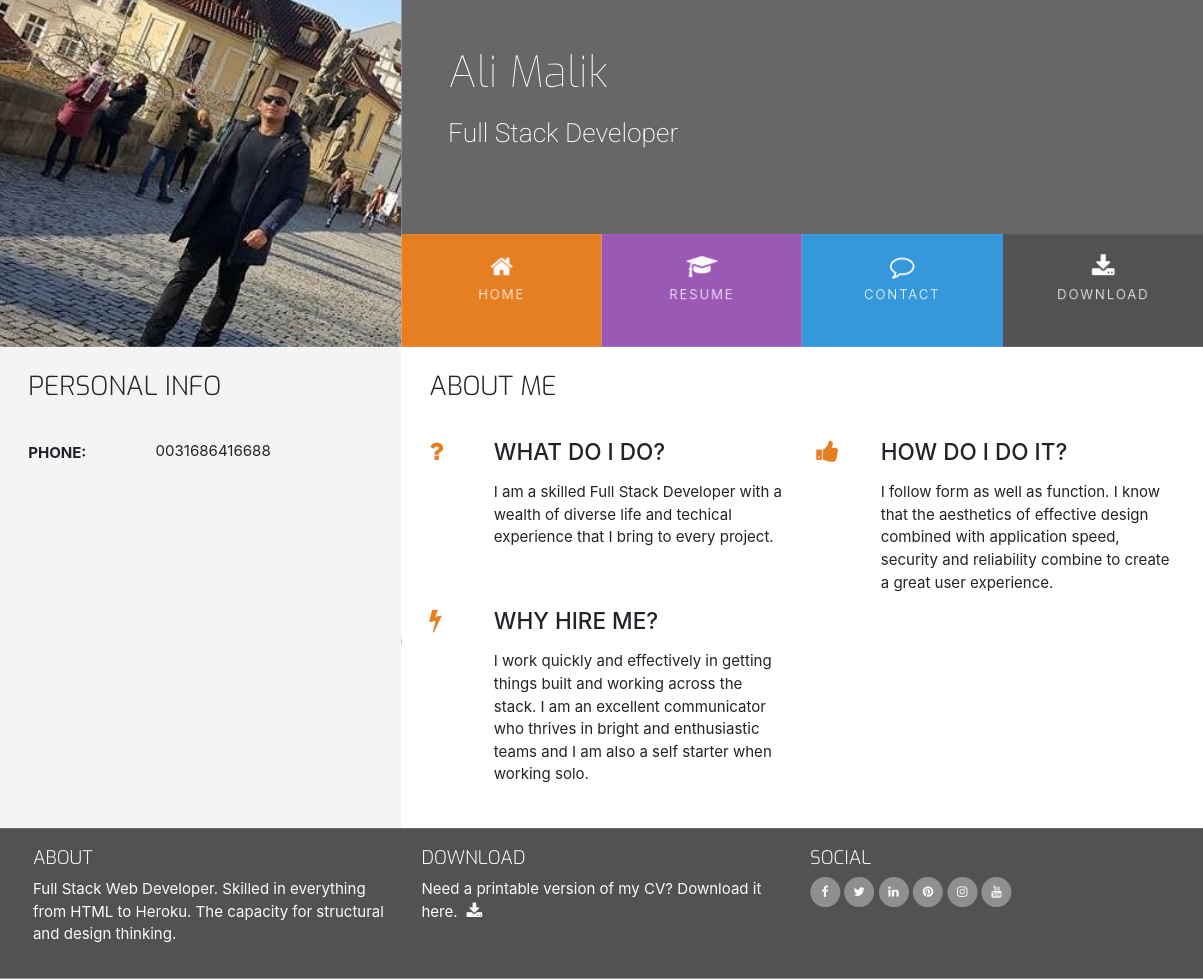
Repository: anmalik82/Padding-Top
Page: index.html
The author's editor kept a record of every edit. The page is drawn from the files as they stood at one moment, then again after the next edit.
The browser window is 1280 px wide. The pictures show the whole page, at 94% of full size.
Some web libraries are served in a nearby version.

Above is the page before.

After the next edit:
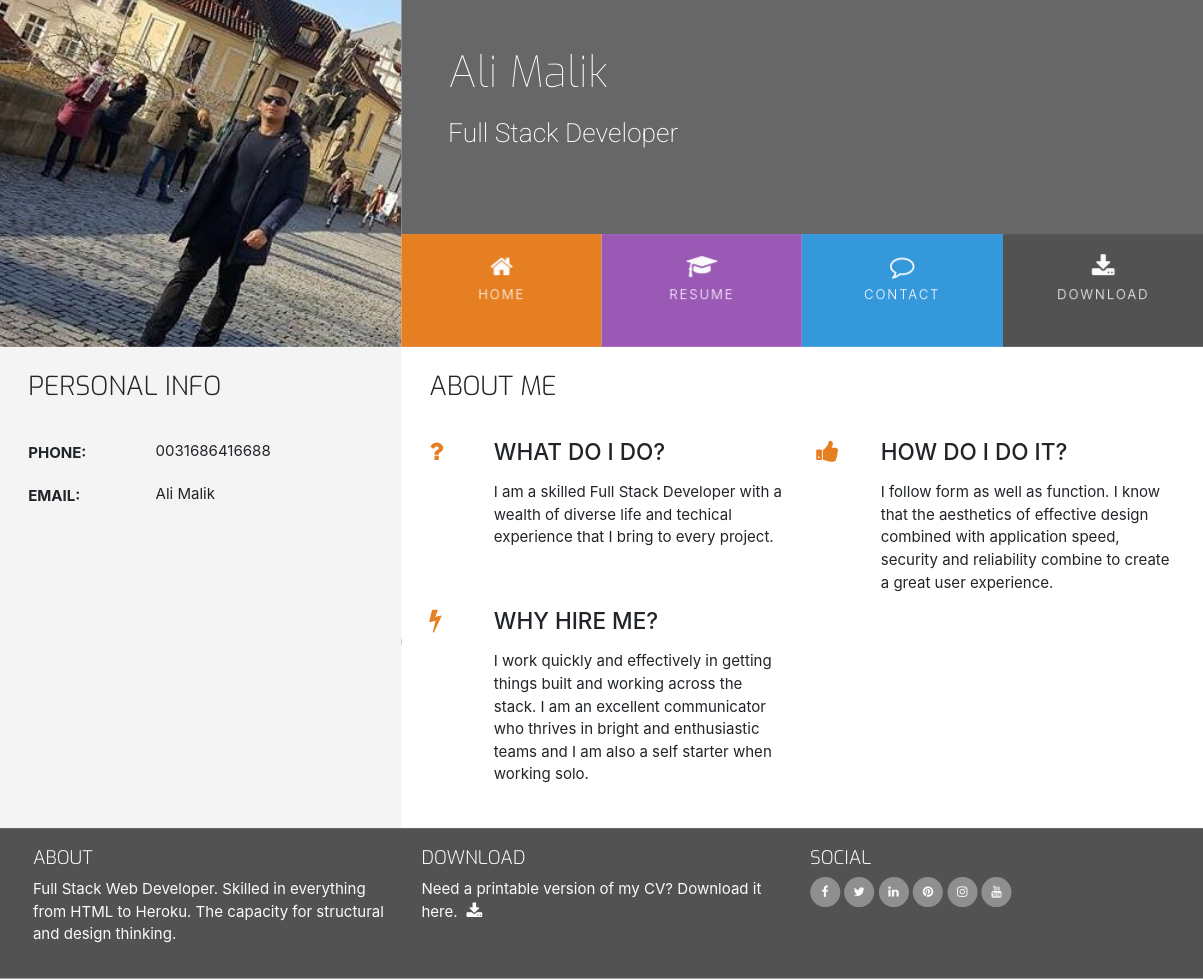
The edit:
--- a/index.html
+++ b/index.html
@@ -70,6 +70,18 @@
                         </p>
                     </div>
                 </div>
+                <div class="personal-info-item">
+                    <div class="key">
+                        <p class="uppercase">
+                           Email:
+                        </p>
+                    </div>
+                    <div class="value">
+                        <p class="value">
+                            Ali Malik
+                        </p>
+                    </div>
+                </div>
             </div>
             <div class="col-md-8 bg-color-three-reasons section-column">
                 <div class="row">
